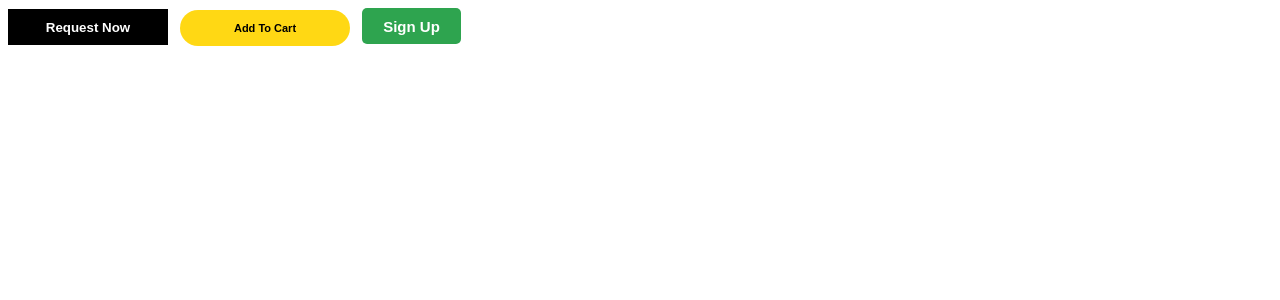
Repository: RagulRanjeeth/Frontend
Page: ButtonsExercise.html
An editor plug-in stored every save of this project. The page is shown before and after the next save, followed by the edit.
The browser window is 1280 px wide. The pictures show the whole page.

Above is the page before, as saved 2026-01-19 13:30:28.

### ButtonsExercise.html
<style>
.Uber{
   background-color: black;
   color: white;
   height: 36px;
   width: 160px;
   font-weight: bold;
   border: none;
   margin-right: 8px;
}

.amazon{
    background-color: rgba(255, 216, 20);
    color: black;
    height: 36px;
    width: 170px;
    font-weight:bold;
    font-size: 11px;
    border:none;
    border-radius: 18px;
}

.gitHub{
    background-color: rgba(46, 164, 79);
    height:36px;
    width: 99px;
    color: white;
    border: none;
    border-radius: 5px;
    font-weight: bold;
    font-size: 15px;
    margin-left: 8px;
}
</style>


<button class="Uber">
    Request Now
</button>

<button class="amazon">
    Add To Cart
</button>

<button class="gitHub">
    Sign Up
</button>

After the next save:
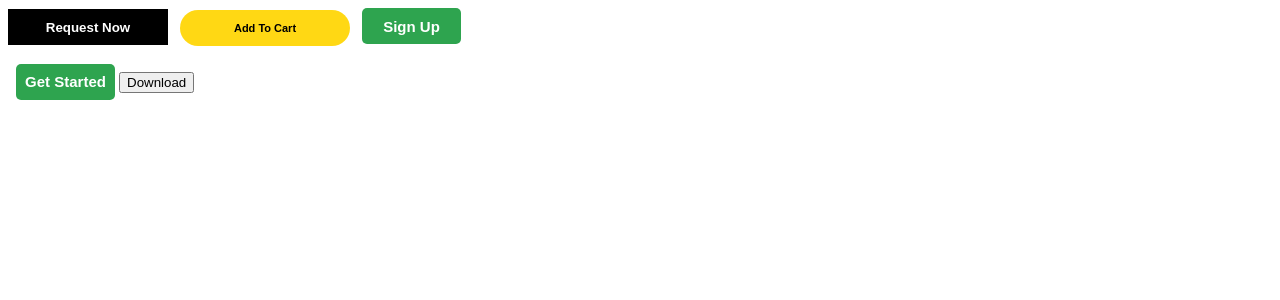
Saved 86 s later.
--- a/ButtonsExercise.html
+++ b/ButtonsExercise.html
@@ -45,3 +45,15 @@
 <button class="gitHub">
     Sign Up
 </button>
+
+<br>
+<br>
+
+
+<button class="gitHub">
+    Get Started
+</button>
+
+<button>
+    Download
+</button>
